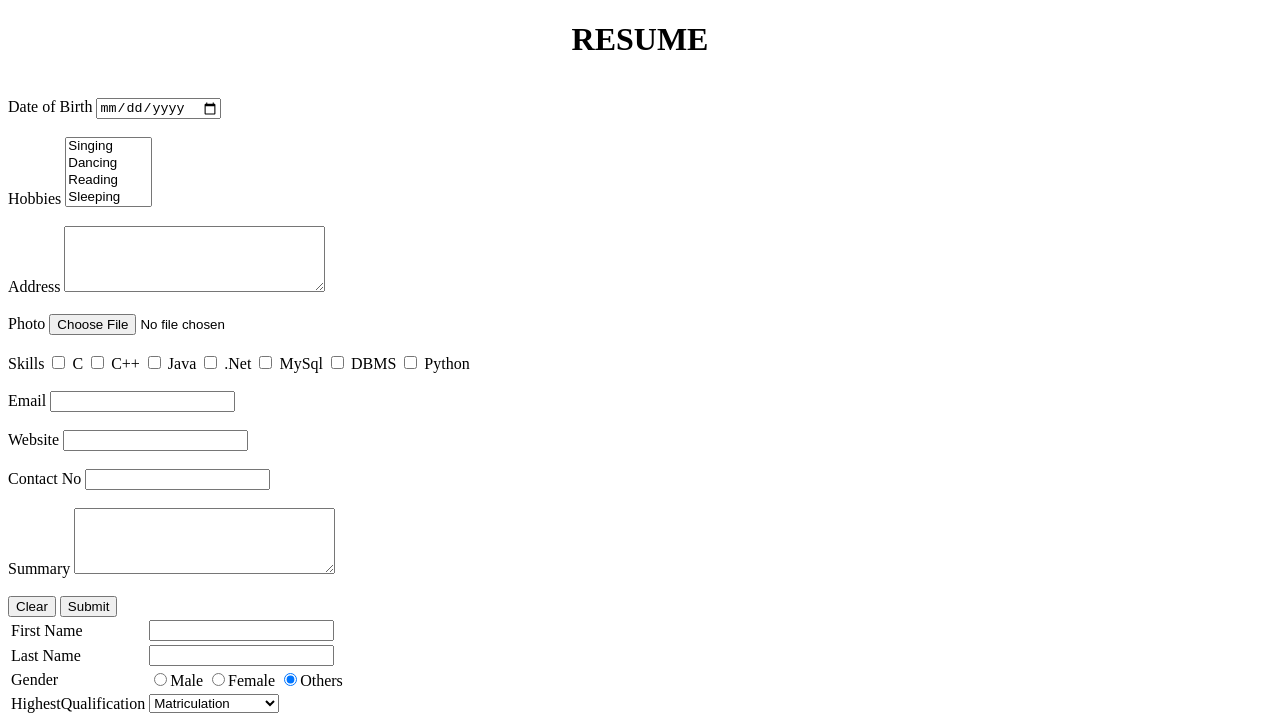
Repository: Rccalfa123/JEE
Page: MyFirstServlet/WebContent/Resume.html
The author's editor kept a copy of each file at every save. The page is drawn from the files as they stood at one save, then again after the next save.
The browser window is 1280 px wide. The pictures show the whole page.

Above is the page before, as saved 2018-08-07 08:49:43.

After the next save:
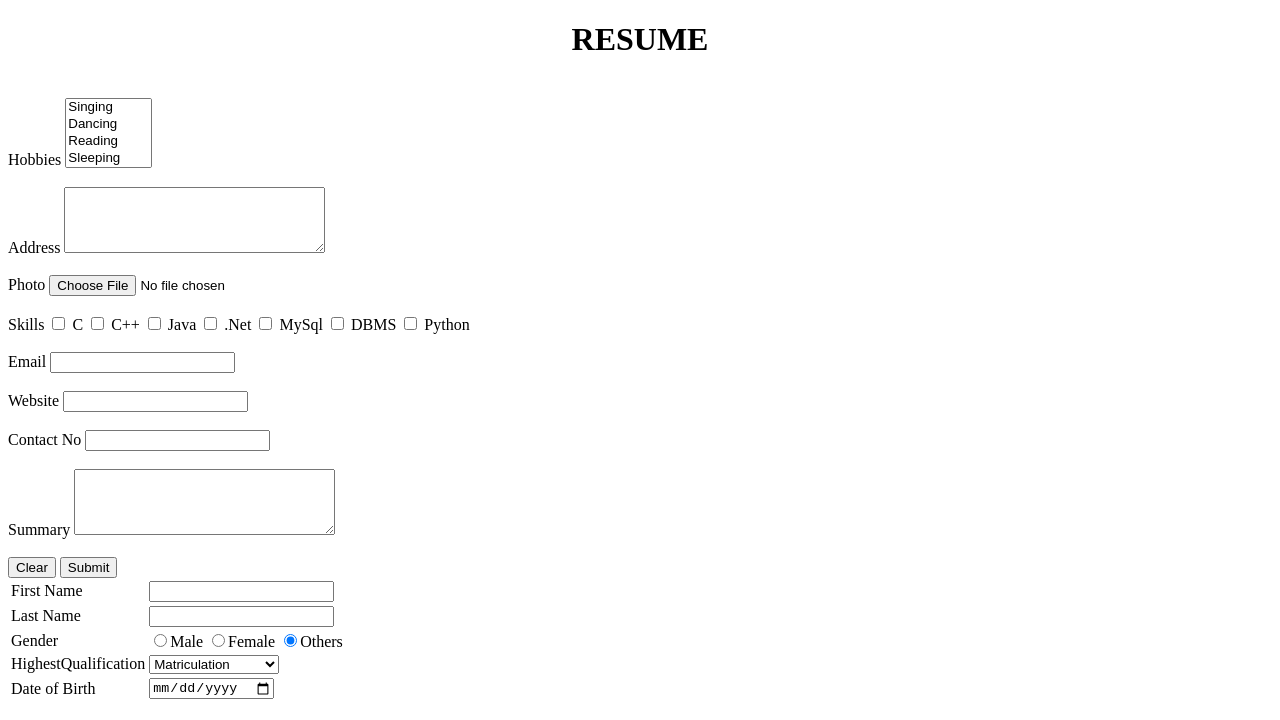
Saved 37 s later.
--- a/MyFirstServlet/WebContent/Resume.html
+++ b/MyFirstServlet/WebContent/Resume.html
@@ -23,7 +23,7 @@
             <option value="masters">Masters</option>
    			</select></td></tr>
 
-   Date of Birth <input type="date" name="dob"> <br><br>
+   <tr><td>Date of Birth</td><td> <input type="date" name="dob"><br></td></tr>
 
    Hobbies <select multiple  name = "hobbies">
             <option value="singing">Singing</option>
